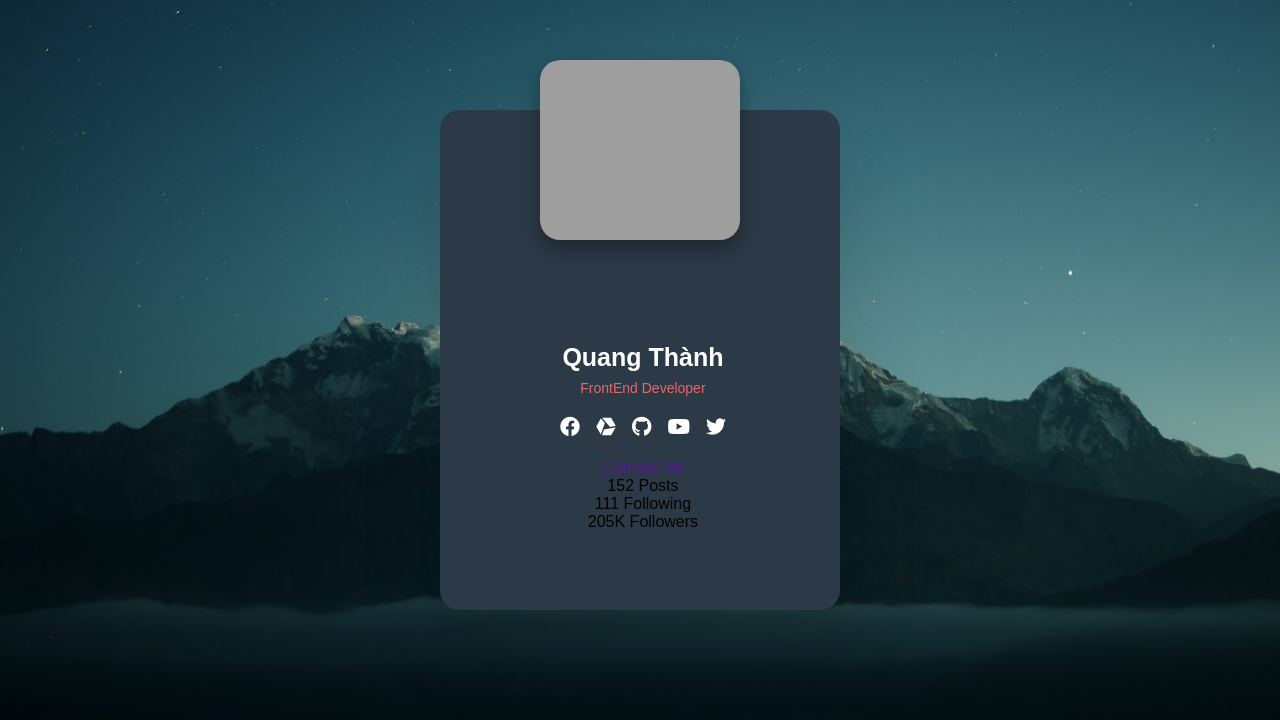
Repository: QuangThanh152/Profile-me
Page: index.html
These files come from the project's save history. The page is drawn as it stood at one moment and after the next save; the edit follows.
The browser window is 1280 px wide. The pictures show the whole page.
Pictures or frames that could not be fetched are drawn as grey boxes.

Above is the page before, as saved 2022-10-07 15:25:28.

### index.html
<!DOCTYPE html>
<html lang="en">
<head>
    <meta charset="UTF-8">
    <meta http-equiv="X-UA-Compatible" content="IE=edge">
    <meta name="viewport" content="width=device-width, initial-scale=1.0">
    <link rel="stylesheet" href="./accets/font/fontawesome-free-6.1.2-web/css/all.min.css">
    <link rel="stylesheet" href="./accets/main.css">
    <title>Profile-QT</title>
</head>
<body>
    <div class="card">
        <div class="card-header">
            <img src="./accets/img/IMG_20220202_135645.jpg" alt="" class="img-me">
        </div>
        <div class="content">
            <div class="name">Quang Thành</div>
            <div class="desc">FrontEnd Developer</div>
            <div class="SocialNetwork">
                <a href="" class="icon"><i class="fa-brands fa-facebook"></i></a>
                <a href="" class="icon"><i class="fa-brands fa-instalod"></i></i></a>
                <a href="" class="icon"><i class="fa-brands fa-github"></i></i></a>
                <a href="" class="icon"><i class="fa-brands fa-youtube"></i></i></a>
                <a href="" class="icon"><i class="fa-brands fa-twitter"></i></i></a>
            </div>
            <a href="" class="btn-contact">Contact Me</a>
            <div class="card-footer">
                <div class="number">
                    <div class="item">
                        <span>152</span>
                        Posts
                    </div>
                </div>
                <div class="number">
                    <div class="item">
                        <span>111</span>
                        Following
                    </div>
                </div>
                <div class="number">
                    <div class="item">
                        <span>205K</span>
                        Followers
                    </div>
                </div>
            </div>
        </div>
    </div>
</body>
</html>

### accets/main.css
* {
    padding: 0;
    margin: 0;
    box-sizing: border-box;
    font-family: 'Poppins', sans-serif;
    text-decoration: none;
}

body {
    min-height: 100vh;
    background: url(/accets/img/img-big.jpg) no-repeat center;
    background-size: cover;
    display: flex;
    justify-content: center;
    align-items: center;
}

.card {
    position: relative;
    width: 400px;
    /* height: 190px; */
    height: 500px;
    border-radius: 20px;
    background: #2c3a47;
    transition: 0.2s;
    box-shadow: 0 35px 80px rgba(0,0,0,0.15);
}
.card:hover {
    height: 500px;
}
.card-header {
    position: absolute;
    background: rgb(21, 19, 19);
    left: 50%;
    top: -50px;
    transform: translateX(-50%);
    width: 200px;
    height: 180px;
    border-radius: 20px;
    box-shadow: 0 10px 20px rgba(0,0,0,0.35);
    overflow: hidden;
    transition: 0.3s;
}
.card:hover .card-header {
    width: 250px;
    height: 250px;
    transition: 0.2s;
}
.img-me {
    position: absolute;
    top: 0;
    left: 0;
    width: 100%;
    height: 100%;
    object-fit: cover;
}
.content {
    position: absolute;
    top: 45%;
    text-align: center;
    align-items: center;
    left: 28%;
}
.name {
    font-size: 25px;
    font-weight: 600;
    padding: 8px;
    color: #fff;
}
.desc {
    font-size: 14px;
    padding: 0 0 20px 0;
    color: #e66767;
}
.SocialNetwork {
    display: flex;
    justify-content: center;
    margin: 0 0 20px 0;
}
.SocialNetwork a{
    font-size: 20px;
    color: white;
    padding: 0 8px 0;
}

Loaded but not shown: accets/font/fontawesome-free-6.1.2-web/css/all.min.css (library)

After the next save:
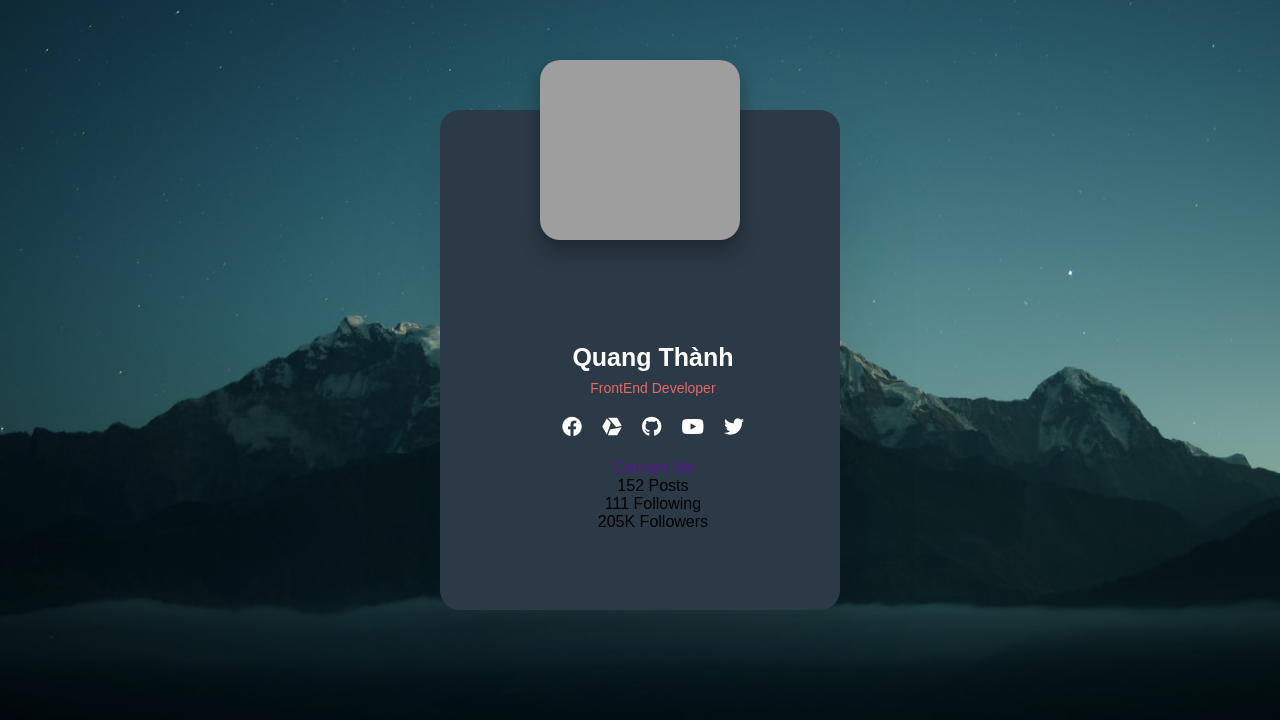
Saved 21 s later.
--- a/accets/main.css
+++ b/accets/main.css
@@ -80,5 +80,5 @@ body {
 .SocialNetwork a{
     font-size: 20px;
     color: white;
-    padding: 0 8px 0;
+    padding: 0 10px 0;
 }
